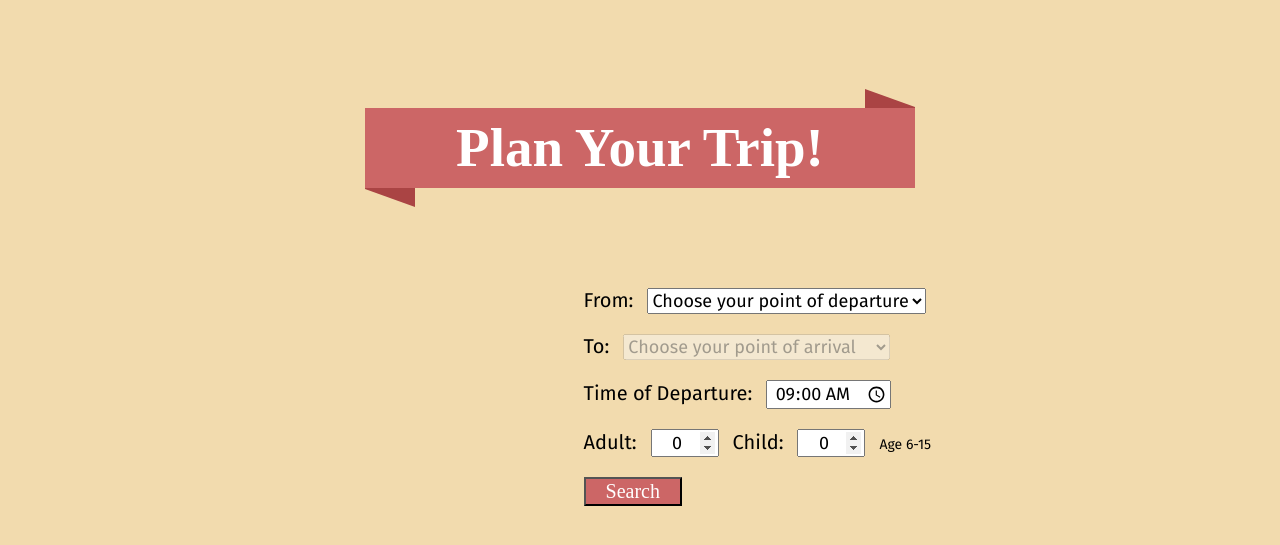
Repository: bbh0607/bae_dNation
Page: public/index.html
An editor plug-in stored every save of this project. The page is shown before and after a run of saves, followed by the edit.
The browser window is 1280 px wide. The pictures show the whole page.
Some web fonts or font styles are not loaded; a fallback is used.

Above is the page before, as saved 2020-02-01 06:57:53.

### public/index.html
<!DOCTYPE html>
<html lang="en">
  <head>
    <meta charset="UTF-8" />
    <link rel="stylesheet" type="text/css" href="./css/style.css" />
    <link rel="stylesheet" href="https://fonts.googleapis.com/css?family=Fira+Sans">
    <script src="js/script.js"></script>
    <title>My Website</title>
  </head>
  <body>
    <h1>Plan Your Trip!</h1>
    <form action="result.html" method="POST">
      <ul>
        <li>
          <label for="from">From:</label>
          <select id="fromSelect" name="from" onchange="removeDuplicate(this)" required>
            <option value="DEFAULT" selected disabled hidden>Choose your point of departure</option>
            <option value="KLIA">KLIA (KL International Airport)</option>
            <option value="KLIA2">KLIA2 (Airport Terminal 2)</option>
            <option value="SENTRAL">KL Sentral</option>
            <option value="OTHER">Other..</option>
          </select>
        </li>
        <li>
          <label for="to">To:</label>
          <select id="toSelect" name="to" onchange="removeDuplicate(this)" disabled required>
            <option value="DEFAULT" selected disabled hidden>Choose your point of arrival</option>
            <option value="KLIA">KLIA (KL International Airport)</option>
            <option value="KLIA2">KLIA2 (Airport Terminal 2)</option>
            <option value="SENTRAL">KL Sentral</option>
            <option value="OTHER">Other..</option>
          </select>
        </li>
        <li>
          <label for="deptime">Time of Departure:</label>
          <input type="time" id="deptime" name="deptime" value="09:00" required>
        </li>
        <li>
          <label for="adult">Adult:</label>
          <input type="number" id="adult" name="adult" value="0" min='0' required>
          <label for="child">Child:</label>
          <input type="number" id="child" name="child" value="0" min='0' required>
          <small>Age 6-15</small>
        </li>
        <li>
          <input type="submit" value="Search">
        </li>
      </ul>
    </form a>
  </body>
</html>

### public/css/style.css
/* body {
  background-color: aquamarine;
} */

@import url(https://fonts.googleapis.com/css?family=Patua+One);

body {
  background-color:#F2DBAE;
  align-content: center;
}

h1 {
  background-color:#c66;
  width:550px; height:80px;
  line-height:80px;
  font-size:55px;
  text-align:center;
  position:relative;
  margin:100px auto;
  font-family: 'Patua One', cursive;
  color:#fff;
  }

h1:before, h1:after {
  background-color:#a44;
  width:50px; height:80px;
  content:'';
  display:block;
  transform:skewY(20deg);
  position:absolute;
  z-index:-1;
}

h1:before {top:10px; left:0; }
h1:after {top:-10px; right:0; }

label {
  font-size: 20px;
  font-family: "Fira Sans", sans-serif;
  margin-right: 10px;
}

ul {
  list-style-type: none;
  justify-self: center;
  margin-left: 200px;
}

li {
  margin-top: 20px;
}

select {
  font-family: "Fira Sans", sans-serif;
  font-size: 18px;
  margin-right: 10px;
}

input[type="submit"]{
  background-color: #c66;
  color: #fff;
  font-size: 20px;
  font-family: 'Patua One', cursive;
  padding-left: 20px;
  padding-right: 20px;
}

input[type="number"]{
  width: 60px;
  text-align: center;
  margin-right: 10px;
  font-family: "Fira Sans", sans-serif;
  font-size: 18px;
}

input[type="time"]{
  width: 120px;
  text-align: center;
  font-family: "Fira Sans", sans-serif;
  font-size: 18px;
}

small {
  font-family: "Fira Sans", sans-serif;
  font-size: 14px;
}

input[type='number']::-webkit-inner-spin-button,
input[type='number']::-webkit-outer-spin-button {
    opacity: 1;
}

input[type='time']::-webkit-inner-spin-button,
input[type='time']::-webkit-outer-spin-button {
    opacity: 1;
}

### public/js/script.js
function removeDuplicate(element) {
    const changedId = element.id;
    const comparisonId = changedId == 'fromSelect'? 'toSelect': 'fromSelect';
    const changed = document.getElementById(changedId);
    const compare = document.getElementById(comparisonId)
    if (
      changed.options[changed.selectedIndex].value ==
      compare.options[compare.selectedIndex].value
    ) compare.value="DEFAULT"
    document.getElementById(comparisonId).disabled = false;
}

After the next 2 saves:
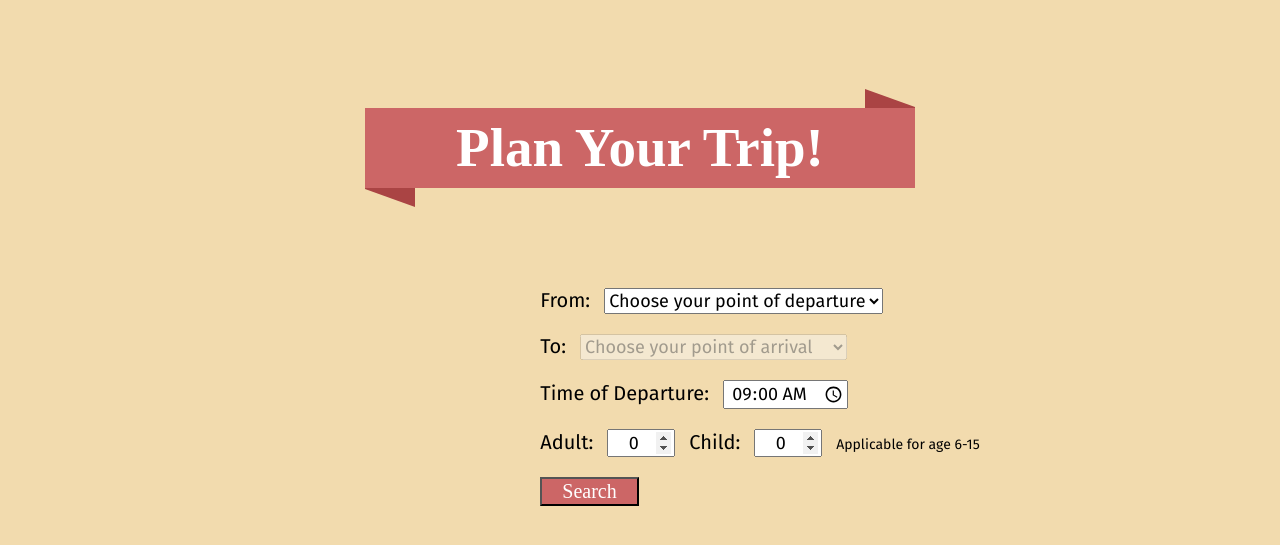
The 2 saves are shown as one change because they came seconds apart.
The last was saved 8 h 9 min later.
--- a/public/index.html
+++ b/public/index.html
@@ -40,7 +40,7 @@
           <input type="number" id="adult" name="adult" value="0" min='0' required>
           <label for="child">Child:</label>
           <input type="number" id="child" name="child" value="0" min='0' required>
-          <small>Age 6-15</small>
+          <small>Applicable for age 6-15</small>
         </li>
         <li>
           <input type="submit" value="Search">
